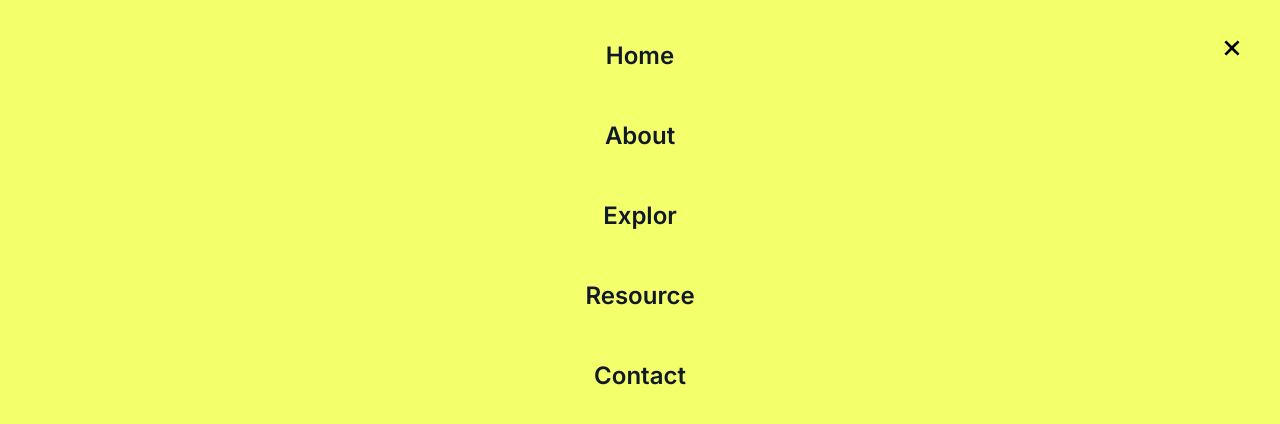
Repository: longblue2910/rimdasilva-ui
Page: /
These files come from the project's save history. The page is drawn as it stood at one moment and after a run of saves; the edit follows.
The browser window is 1280 px wide. The pictures show the whole page.
The project was rebuilt for these pictures with package versions that can differ from the ones it lists, and the page was loaded fresh each time. The framework's server and built-in components were replaced by stand-ins that run in the browser. Also part of the build but not shown: next.config.mjs.

Above is the page before, as saved 2024-08-09 16:09:13.

### app/layout.tsx
import type { Metadata } from "next";
import { Inter } from "next/font/google";
import "./globals.css";
import ReponsiveNav from "@/components/Home/Navbar/ReponsiveNav";

const inter = Inter({ subsets: ["vietnamese"] });

export const metadata: Metadata = {
  title: "Rimdasilva Dev Blog",
  description: "Rimdasilva Dev Blog",
};

export default function RootLayout({
  children,
}: Readonly<{
  children: React.ReactNode;
}>) {
  return (
    <html lang="en">
      <body className={inter.className}>
        <ReponsiveNav />
        {children}
      </body>
    </html>
  );
}

### app/page.tsx
import Home from "@/components/Home/Home";

const HomePage = () => {
  return (
    <div>
      <Home />
    </div>
  );
};

export default HomePage;

### components/Home/Navbar/ReponsiveNav.tsx
"use client";

import React, { useState } from "react";
import Nav from "./Nav";
import MobileNav from "./MobileNav";

const ReponsiveNav = () => {
  const [showNav, setShowNav] = useState(false);
  const showNavHandler = () => setShowNav(true);
  const closeNavHandler = () => setShowNav(false);

  return (
    <>
      <Nav />
      <MobileNav />
    </>
  );
};

export default ReponsiveNav;

### components/Home/Navbar/Nav.tsx
import { navLinks } from "@/constant/Constant";
import Image from "next/image";
import Link from "next/link";
import React from "react";
import { BiUser, BiWallet } from "react-icons/bi";
import { FaBars } from "react-icons/fa";

type Props = {
  openNav: () => void;
};

const Nav = ({ openNav }: Props) => {
  return (
    <div className="w-full h-[13vh]">
      <div className="w-[95%] sm:w-[85%] md:w-[80%] h-full mx-auto flex items-center justify-between">
        {/* Logo */}
        <Image
          src="/images/logo.png"
          alt="Logo"
          width={50}
          objectFit="cover"
          height={50}
        />

        {/* Nav Links */}
        <div className="lg:flex hidden items-center">
          {navLinks.map((link) => {
            return (
              <Link href={link.url} key={link.id}>
                <p className="text-lg font-semibold cursor-pointer hover:text-blue-800 transition-all duration-200 text-gray-900">
                  {link.label}
                </p>
              </Link>
            );
          })}
        </div>

        {/* Icons */}
        <div className="flex items-center space-x-8">
          <BiWallet className="w-6 h-6 cursor-pointer hover:text-red-600 " />
          <BiUser className="w-6 h-6 cursor-pointer hover:text-red-600 " />
          <FaBars
            onClick={openNav}
            className="lg:hidden w-6 h-6 cursor-pointer hover:text-red-600 "
          />
        </div>
      </div>
    </div>
  );
};

export default Nav;

### components/Home/Navbar/MobileNav.tsx
import { navLinks } from "@/constant/Constant";
import Image from "next/image";
import Link from "next/link";
import React from "react";
import { BiX } from "react-icons/bi";

type Props = {
  nav: boolean;
  closeNav: () => void;
};

const MobileNav = ({ closeNav, nav }: Props) => {
  const reponsiveNav = nav ? "translate-x-0" : "translate-x-[-100%]";

  return (
    <div
      className={`transform transition-all duration-500 fixed top-0 left-0 z-[200] h-[100vh] right-0 bottom-0 bg-[#f3ff6b]`}
    >
      {/* Logo */}
      <div>
        <BiX className="w-8 h-8 absolute top-[2rem] text-black z-[202] right-[2rem]" />
      </div>
      {/* Nav Links */}
      <div className="relative z-[201] space-y-12 flex flex-col items-center justify-center h-[60%]">
        {navLinks.map((link) => {
          return (
            <Link href={link.url} key={link.id}>
              <p className="text-2xl font-semibold cursor-pointer hover:text-blue-800 transition-all duration-200 text-gray-900">
                {link.label}
              </p>
            </Link>
          );
        })}
      </div>
    </div>
  );
};

export default MobileNav;

### constant/Constant.ts
export const navLinks = [
  {
    id: 1,
    url: "#",
    label: "Home",
  },
  {
    id: 2,
    url: "#",
    label: "About",
  },
  {
    id: 3,
    url: "#",
    label: "Explor",
  },
  {
    id: 4,
    url: "#",
    label: "Resource",
  },
  {
    id: 5,
    url: "#",
    label: "Contact",
  },
];

Loaded but not shown: app/globals.css (common file); components/Home/Home.tsx (common file); tailwind.config.ts (common file)

After the next 2 saves:
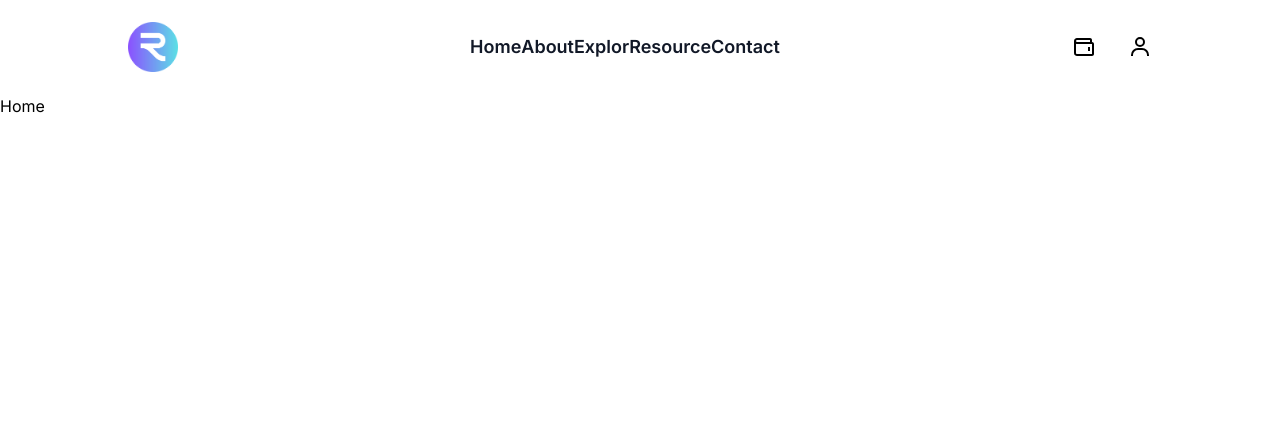
The 2 saves are shown as one change because they came seconds apart.
The last was saved 10 s later.
--- a/components/Home/Navbar/MobileNav.tsx
+++ b/components/Home/Navbar/MobileNav.tsx
@@ -14,7 +14,7 @@ const MobileNav = ({ closeNav, nav }: Props) => {
 
   return (
     <div
-      className={`transform transition-all duration-500 fixed top-0 left-0 z-[200] h-[100vh] right-0 bottom-0 bg-[#f3ff6b]`}
+      className={`transform ${reponsiveNav} transition-all duration-500 fixed top-0 left-0 z-[200] h-[100vh] right-0 bottom-0 bg-[#f3ff6b]`}
     >
       {/* Logo */}
       <div>
